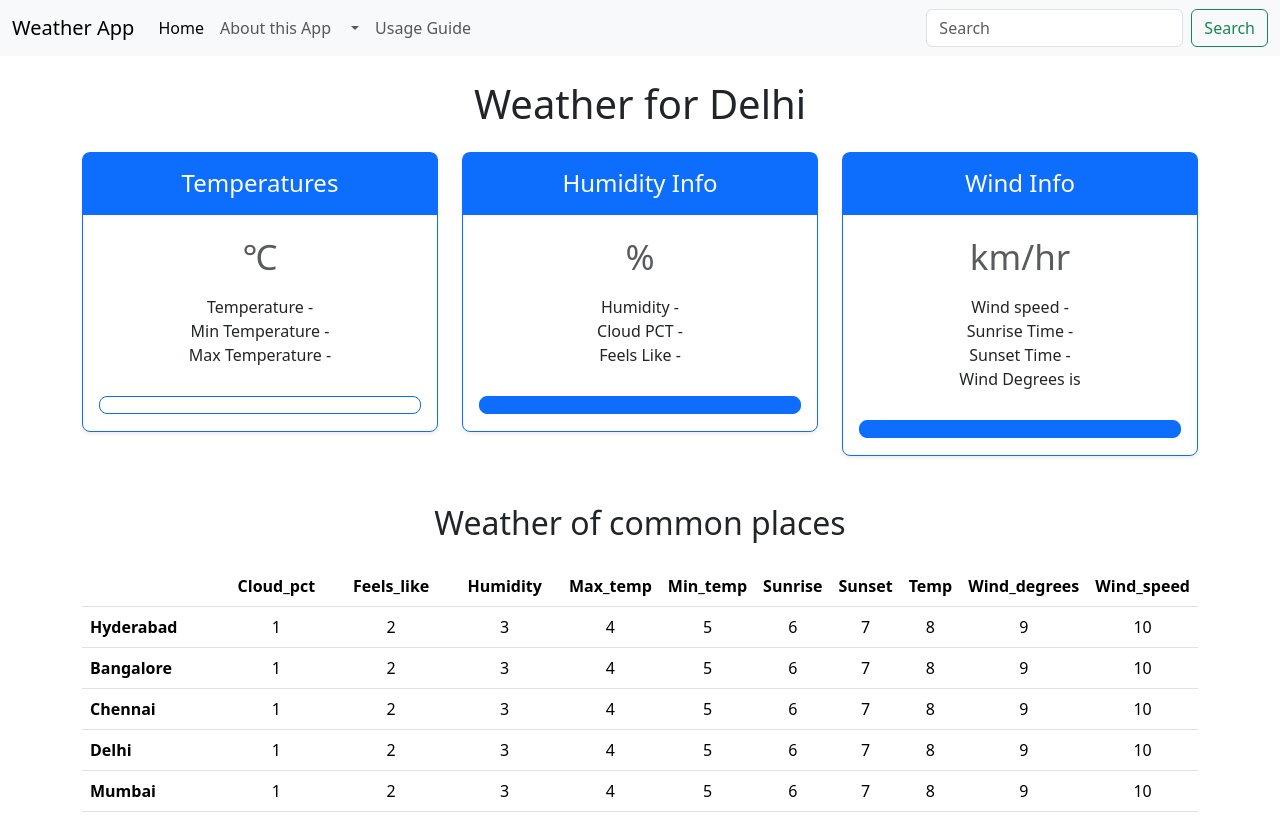
Repository: Abhilash2909/weather
Page: index.html
The author's editor kept a copy of each file at every save. The page is drawn from the files as they stood at one save, then again after the next save.
The browser window is 1280 px wide. The pictures show the whole page.
The page's requests for data from a server got no answer.

Above is the page before, as saved 2024-02-11 17:17:53.

After the next save:
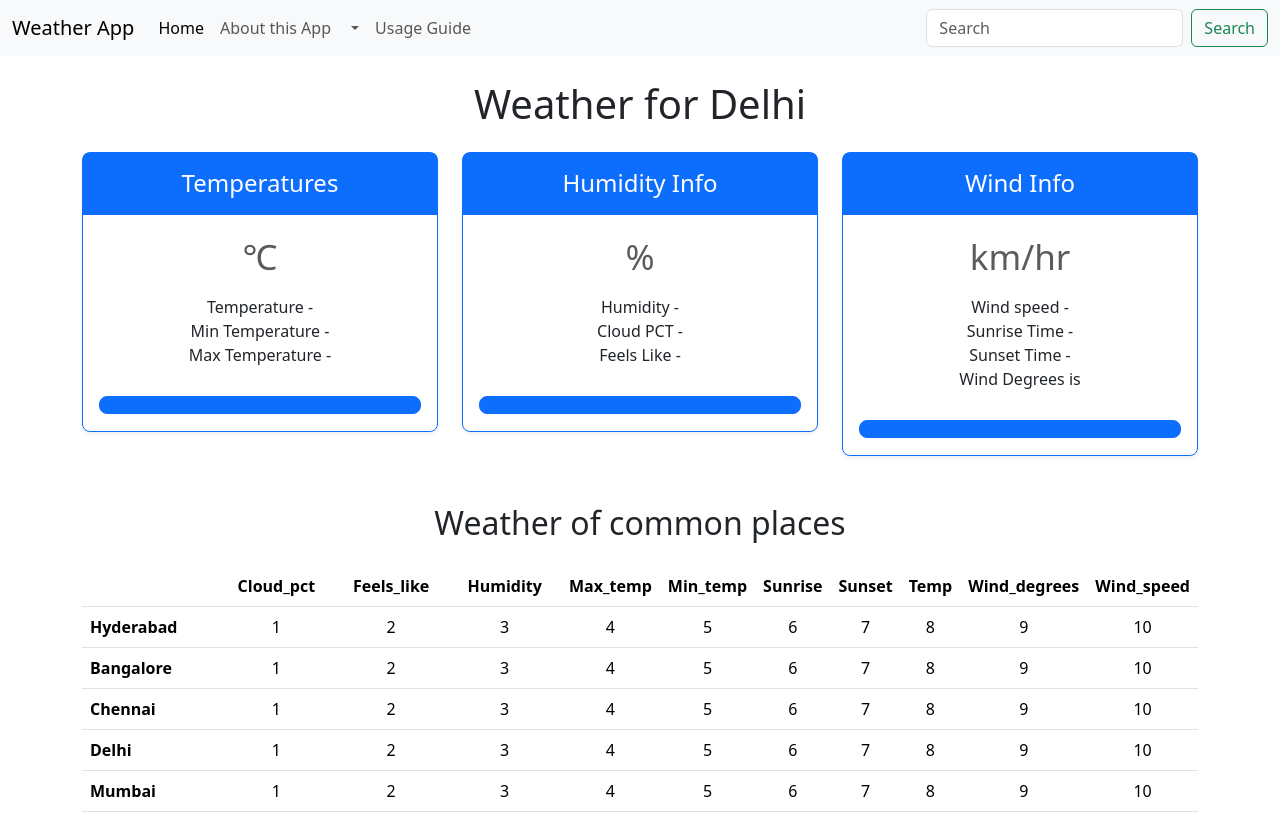
Saved 38 s later.
--- a/index.html
+++ b/index.html
@@ -58,7 +58,7 @@
                   <li>Min Temperature - <span id="min_temp" ></span></li>
                   <li>Max Temperature - <span id="max_temp" ></span></li>
                 </ul>
-                <button type="button" class="w-100 btn btn-lg btn-outline-primary"></button>
+                <button type="button" class="w-100 btn btn-lg btn-primary"></button>
               </div>
             </div>
           </div>

After the save that followed:
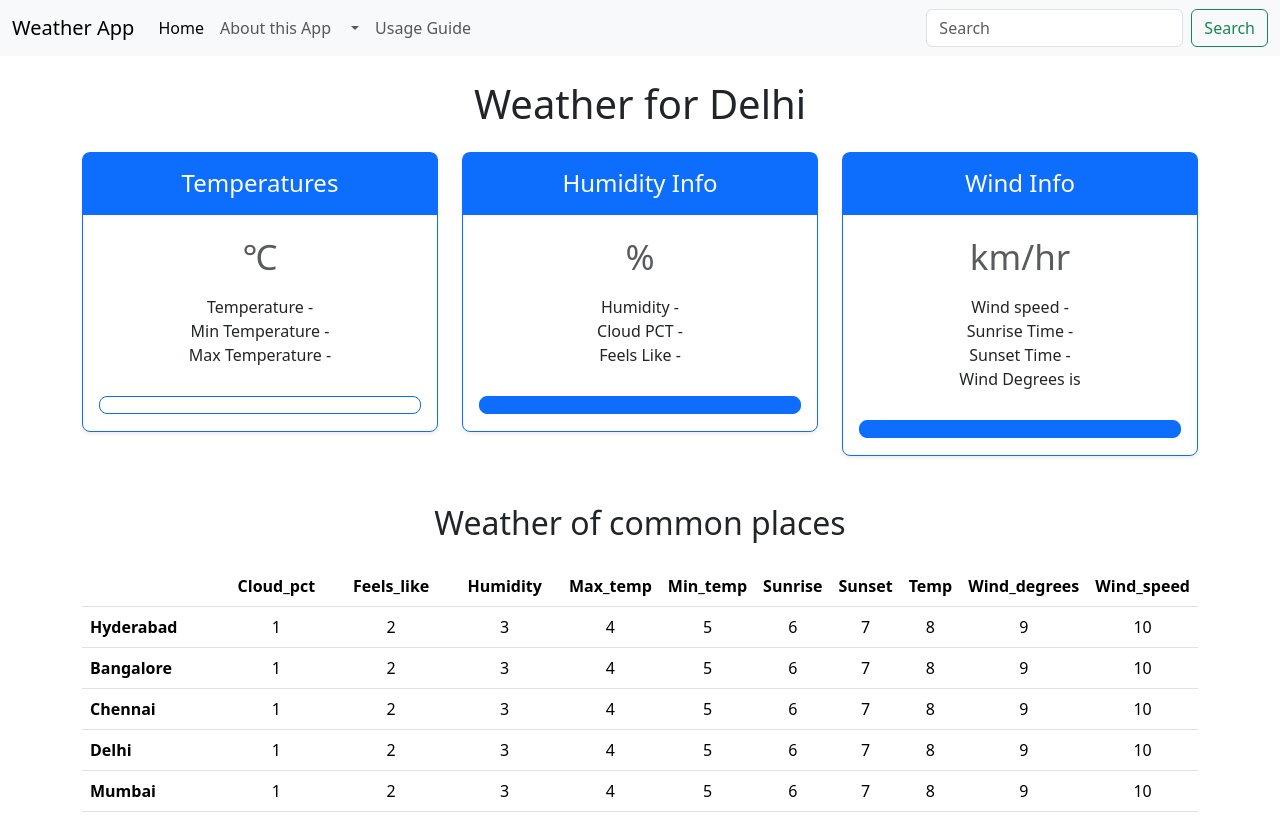
Saved 6 s later.
--- a/index.html
+++ b/index.html
@@ -58,7 +58,7 @@
                   <li>Min Temperature - <span id="min_temp" ></span></li>
                   <li>Max Temperature - <span id="max_temp" ></span></li>
                 </ul>
-                <button type="button" class="w-100 btn btn-lg btn-primary"></button>
+                <button type="button" class="w-100 btn btn-lg btn-outline-primary"></button>
               </div>
             </div>
           </div>
